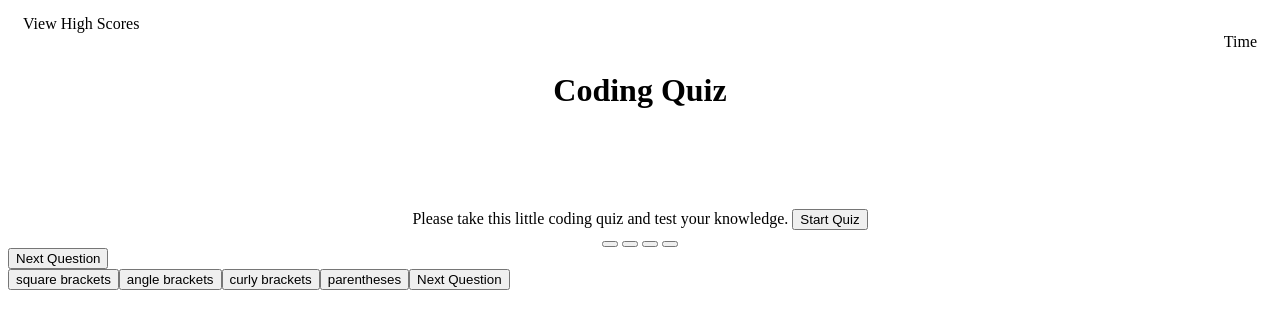
Repository: Naomilounsbury/code-quiz
Page: index.html
The author's editor kept a copy of each file at every save. The page is drawn from the files as they stood at one save, then again after the next save.
The browser window is 1280 px wide. The pictures show the whole page.
After loading, the first visible `button` was clicked once.

Above is the page before, as saved 2021-11-27 17:21:13.

### index.html
<!DOCTYPE html>
<html lang="en">
<head>
    <meta charset="UTF-8">
    <meta http-equiv="X-UA-Compatible" content="IE=edge">
    <meta name="viewport" content="width=device-width, initial-scale=1.0">
    <title>Code Quiz</title>
    <link rel="stylesheet" href="./assets/css/styles.css">
</head>
<body>
    <!-- basic words on the page, how do i get stuff inline? -->
 <header>
    <div class="high-scores">
     View High Scores
 </div>
 <!-- oh god I have to actually figure out how to do a timer -->
 <div class="time">
     Time
 </div>
 <h1 class="title">Coding Quiz</h1>
</header>
<!-- I then created a div element to introduce, maybe I'll add more to it later -->
 <div class="intro">

     Please take this little coding quiz and test your knowledge.
     <!-- I connected the button to the javascrpt woohoo -->
     <button onclick="onStartQuiz()">
         Start Quiz
     </button>
 </div>
 <!-- here is the quiz -->
 <form id="questions-form">
 <div id="question" class="question" >
    <!-- do i even need classes here? I know I will have to get buttons by id to be able to talk to them -->
     <button class="a" id="a" >
     </button>
     <button class="b" id="b">
     </button>
     <button class="c" id="c">
     </button>
     <button class="d" id="d">
     </button>


 </div>
 <button onclick="nextQuestion()">
        Next Question
</button>
</form>
<script src="./assets/js/script.js"></script>
</body>
</html>

### assets/css/styles.css
header {
    margin: 10px;
    padding: 5px;
    text-decoration-color: black;

}
.high-scores{
    text-align: left;
}
.time{
    text-align: right;
}
h1{
    height: 100px;
    text-align: center;

}
.intro{
    text-align: center;
}
.question{
    text-align: center;
}
#button{
    text-align: center;
}

### assets/js/script.js

//I want to create an onclick function eventually
//so I'm creating my function
var onStartQuiz = function () {
    //when the quiz starts it grabs the first object in the array
    var currentQuestion = questions[0];


    //its going into the html and taking the div clas question and setting the value equal to the current question
    //document.getElementById("question").innerText = currentQuestion.question

    //I dont know why these arent working and I'm crying
    var btn = document.createElement("BUTTON");
    btn.innerHTML = currentQuestion.a
    document.body.appendChild(btn);

    var btn = document.createElement("BUTTON");
    btn.innerHTML = currentQuestion.b
    document.body.appendChild(btn);

    var btn = document.createElement("BUTTON");
    btn.innerHTML = currentQuestion.c
    document.body.appendChild(btn);

    var btn = document.createElement("BUTTON");
    btn.innerHTML = currentQuestion.d
    document.body.appendChild(btn);

    var btn = document.createElement("BUTTON");
    btn.innerHTML = "Next Question"
    document.body.appendChild(btn);

    //create a separate onclick that changes the current question to something else
    //create a next question button that will go on to the next question and save your answer
    console.log("hello")
}
//making an array of questions
var questions = [
    {
        //right now the key question is a string
        question: "To create an array, what kid of brackets are used?",
        answer: "a",
        a: "square brackets",
        b: "angle brackets",
        c: "curly brackets",
        d: "parentheses",
        //an array holds a list of items and since each question is an object we need a fucking comma
    },
    {
        question: "how do you create a branch with github?",
        answer: "b",
        a: "git push",
        b: "git branch",
        c: "git checkout",
        d: "git commit",
    },
    {
        question: "To create an array, what kid of brackets are used?",
        answer: "a",
        a: "square brackets",
        b: "angle brackets",
        c: "curly brackets",
        d: "parentheses",

    }
]

After the next save:
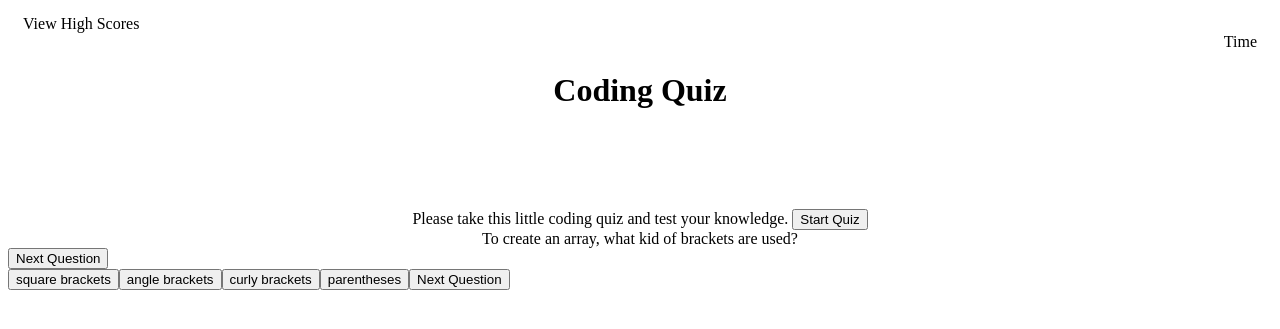
Saved 12 s later.
--- a/assets/js/script.js
+++ b/assets/js/script.js
@@ -7,7 +7,7 @@ var onStartQuiz = function () {
 
 
     //its going into the html and taking the div clas question and setting the value equal to the current question
-    //document.getElementById("question").innerText = currentQuestion.question
+    document.getElementById("question").innerText = currentQuestion.question
 
     //I dont know why these arent working and I'm crying
     var btn = document.createElement("BUTTON");
